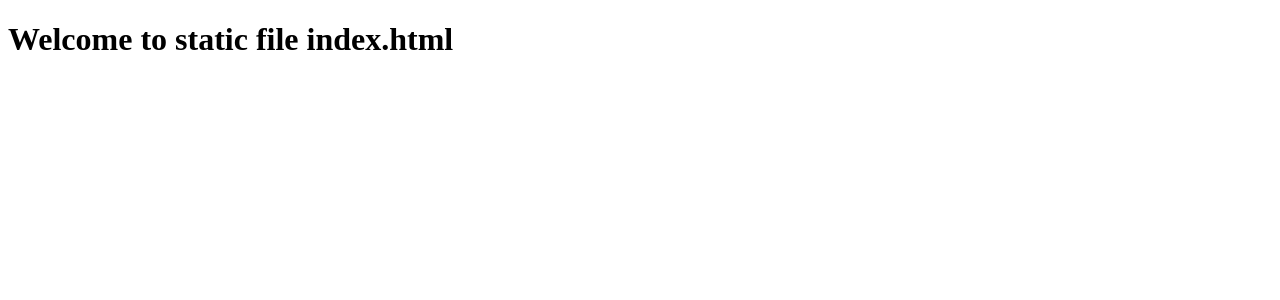
Repository: JitenPanchal/spring_conference
Page: conference/src/main/webapp/index.html
The author's editor kept a copy of each file at every save. The page is drawn from the files as they stood at one save, then again after the next save.
The browser window is 1280 px wide. The pictures show the whole page.

Above is the page before, as saved 2021-06-06 14:11:02.

After the next save:
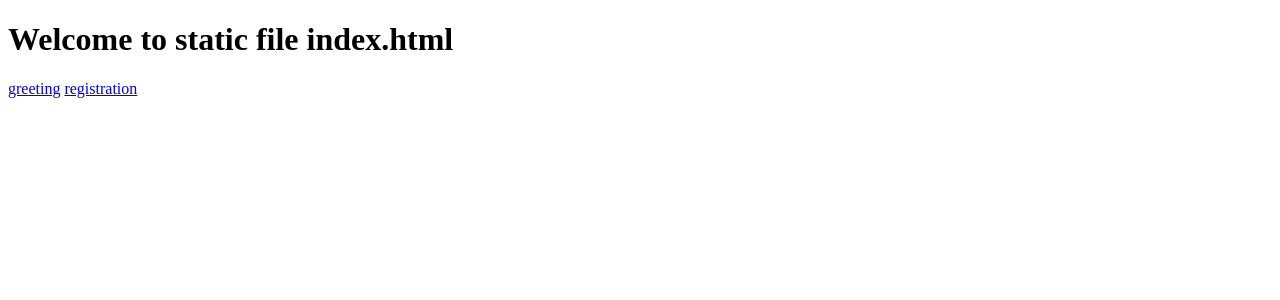
Saved 11 s later.
--- a/conference/src/main/webapp/index.html
+++ b/conference/src/main/webapp/index.html
@@ -6,7 +6,7 @@
 </head>
 <body>
 <h1>Welcome to static file index.html</h1>
-<a href="greeting"></a>
-<a href="registration"></a>
+<a href="greeting">greeting</a>
+<a href="registration">registration</a>
 </body>
 </html>
